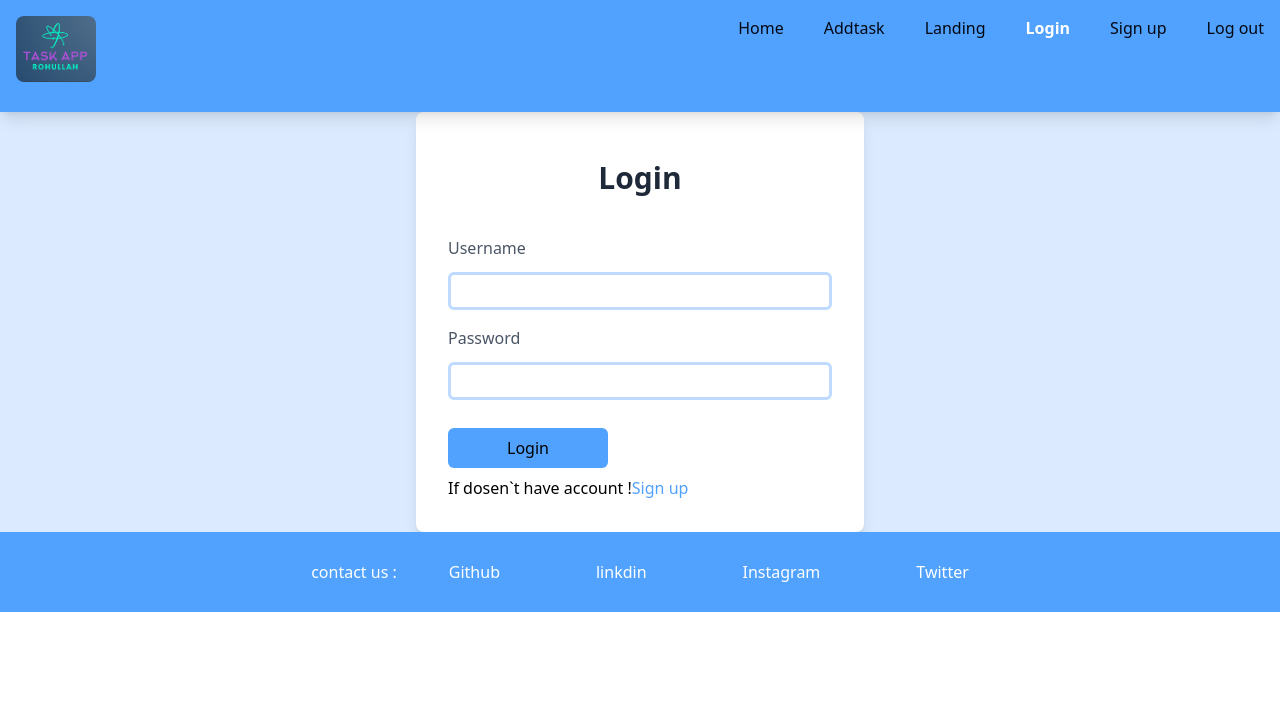
Repository: Rohullah-Noori/TaskApp
Page: /
The author's editor kept a copy of each file at every save. The page is drawn from the files as they stood at one save, then again after the next save.
The browser window is 1280 px wide. The pictures show the whole page.
The project was rebuilt for these pictures with package versions that can differ from the ones it lists, and the page was loaded fresh each time. Also part of the build but not shown: vite.config.js, src/components/Loader.jsx, src/pages/Landing.jsx, src/pages/Home.jsx, src/pages/Signup.jsx, src/pages/Addtask.jsx, src/pages/Edittask.jsx, src/pages/Errorpage.jsx and 1 more.

Above is the page before, as saved 2025-03-01 12:31:42.

### src/index.css
@import "tailwindcss";

.input {
  @apply border-3 border-blue-200 focus:outline-blue-500 w-full rounded-md p-1;
}

.containerForm {
  @apply flex items-center justify-center h-[90%] bg-blue-100 flex-grow overflow-y-auto;
}
.parentContainerForm {
  @apply w-full max-w-md bg-white p-8 rounded-lg shadow-lg;
}

.heading {
  @apply text-xl sm:text-2xl md:text-3xl font-bold mb-6 text-gray-800 text-center p-1 md:p-4;
}

.taskContainer {
  @apply bg-blue-100 lg:h-full min-h-107 justify-center flex;
}
.taskinnerContainer {
  @apply mt-10 text-center h-[90%]  shadow-lg bg-amber-50  rounded-xl p-10  max-w-md w-full;
}

.btndesign {
  @apply mt-3 cursor-pointer rounded-md py-2 mb-2 w-[50%] text-wrap sm:w-40 bg-blue-400  hover:bg-blue-500 hover:text-white;
}

### src/App.jsx
import { TasksProvider } from "./components/TaskContext";
import { BrowserRouter as Router, Routes, Route } from "react-router-dom";
import PrivateRoute from "./components/PrivateRoute";
import { AuthProvider } from "./components/PrivateContext";
import Landing from "./pages/Landing";
import Home from "./pages/Home";
import Login from "./pages/Login";
import Signup from "./pages/Signup";
import Addtask from "./pages/Addtask";
import Edittask from "./pages/Edittask";
import Errorpage from "./pages/Errorpage";
import Logout from "./pages/Logout";

function App() {
  return (
    <>
      <Router>
        <AuthProvider>
          <TasksProvider>
            <Routes>
              <Route path="/" element={<PrivateRoute />}>
                <Route index element={<Landing />} />
                <Route path="/addtask" element={<Addtask />} />
                <Route path="/home" element={<Home />} />
                <Route path="/edit-task/:taskId" element={<Edittask />} />
              </Route>

              <Route path="/login" element={<Login />} />

              <Route path="/signup" element={<Signup />} />
              <Route path="/logout" element={<Logout />} />

              <Route path="/*" element={<Errorpage />} />
            </Routes>
          </TasksProvider>
        </AuthProvider>
      </Router>
    </>
  );
}

export default App;

### src/components/TaskContext.jsx
import { createContext, useContext, useState } from "react";

const TaskContext = createContext();
export const TasksProvider = ({ children }) => {
  const [tasks, setTasks] = useState([]);
  const [loading, setIsloading] = useState(false);
  const addtask = (newtask) => {
    setTasks((prevtask) => [...prevtask, newtask]);
  };

  const updateTask = (taskId, taskdata) => {
    setTasks((prevtask) =>
      prevtask.map((task) =>
        task.id === Number(taskId)
          ? {
              ...task,
              title: taskdata.title,
              startTime: taskdata.startTime,
              endTime: taskdata.endTime,
            }
          : task
      )
    );
  };

  return (
    <TaskContext.Provider
      value={{
        tasks,
        addtask,
        setTasks,
        loading,
        setIsloading,
        updateTask,
      }}
    >
      {children}
    </TaskContext.Provider>
  );
};

export const useTasks = () => useContext(TaskContext);

### src/components/PrivateRoute.jsx
import { Navigate, Outlet } from "react-router-dom";
import { useAuth } from "./PrivateContext";

// function PrivateRoute({ element, ...res }) {
//   const { islogin } = useAuth();
//   return islogin ? (
//     <Route {...res} element={element} />
//   ) : (
//     <Navigate to="/login" />
//   );
// }

// function PrivateRoute({ element, ...res }) {
//   const { islogin } = useAuth();
//   return (
//     <Route {...res} element={islogin ? element : <Navigate to="/login" />} />
//   );
// }

// export default PrivateRoute;

export default function PrivateRoute() {
  const { islogin } = useAuth();
  return islogin ? <Outlet /> : <Navigate to="/login" />;
}

### src/components/PrivateContext.jsx
import { createContext, useContext, useEffect, useState } from "react";
import { useNavigate } from "react-router-dom";

const AuthContext = createContext();
export const AuthProvider = ({ children }) => {
  const [islogin, setIslogin] = useState(() => {
    return localStorage.getItem("islogin") === "true" ? true : false;
  });
  const navigate = useNavigate();

  useEffect(
    function () {
      localStorage.setItem("islogin", JSON.stringify(islogin));
    },

    [islogin]
  );

  const login = () => {
    setIslogin(true);
    navigate("/");
  };

  const logout = () => {
    setIslogin(false);
    navigate("/login");
  };

  return (
    <AuthContext.Provider value={{ login, logout, islogin }}>
      {children}
    </AuthContext.Provider>
  );
};

export const useAuth = () => useContext(AuthContext);

### src/pages/Login.jsx
import Navbar from "../components/Navbar";
import { useState } from "react";
import { Link, useNavigate } from "react-router-dom";
import Loader from "../components/Loader";
import Button from "../components/Button";
import { useAuth } from "../components/PrivateContext";
import Footer from "../components/Footer";

function Login() {
  const [message, setMessage] = useState("");
  const [loading, setIsloading] = useState(false);
  const [password, setPassword] = useState("");
  const [username, setUsername] = useState("");
  const { login } = useAuth();
  const validusername = "Rohullah";
  const validpassword = "Rohullah";

  // const navigate = useNavigate();

  function handlesubmit(e) {
    e.preventDefault();
    setIsloading(true);
    setMessage("");
    if (username === validusername && password === validpassword) {
      setTimeout(() => {
        setIsloading(false);
        setMessage("login successfully");
        // setTimeout(() => {
        //   navigate("/");
        // }, 500);
        login();
      }, 1000);
    } else {
      setMessage("Invalid Usrename or Password");
      setIsloading(false);
    }
  }
  return (
    <>
      <Navbar />
      <div className="containerForm">
        <div className="parentContainerForm ">
          <h2 className="heading">Login</h2>
          {loading && <Loader />}
          {message && (
            <div
              className={`${
                message === "login successfully"
                  ? "bg-green-100 text-green-700 border-green-500"
                  : "bg-red-100 text-red-700 border-red-500"
              }`}
            >
              {message}
            </div>
          )}

          <form action="" onSubmit={handlesubmit} className="space-y-4">
            <div className=" space-y-3  ">
              <label
                htmlFor="username"
                className="block text-md font-md text-gray-600"
              >
                Username
              </label>

              <input
                type="text"
                id="username"
                value={username}
                onChange={(e) => setUsername(e.target.value)}
                className="input"
              />
            </div>

            <div className=" space-y-3 ">
              <label
                htmlFor="password"
                className="block text-md font-md text-gray-600"
              >
                Password
              </label>
              <input
                type="password"
                id="password"
                value={password}
                onChange={(e) => setPassword(e.target.value)}
                className="input"
              />
            </div>
            <div className="flex">
              <Button type="submit">Login</Button>
            </div>
          </form>

          <div>
            <h3>
              If dosen`t have account !
              <Link
                to={"/signup"}
                className=" text-blue-400 hover:text-blue-600"
              >
                Sign up
              </Link>
            </h3>
          </div>
        </div>
      </div>
      <Footer />
    </>
  );
}

export default Login;

### src/components/Button.jsx
function Button({ children, onClick, disabled }) {
  return (
    <button onClick={onClick} disabled={disabled} className="btndesign">
      {children}
    </button>
  );
}

export default Button;

### src/components/Navbar.jsx
import { Link, useLocation } from "react-router-dom";
import { useState } from "react";
function Navbar() {
  const location = useLocation();
  const [Open, setIsOpen] = useState(false);

  function Toggle() {
    setIsOpen(!Open);
  }

  return (
    <nav className="bg-blue-400  flex shadow-lg p-4  justify-between    sticky top-0 z-10 ">
      <div className="size-20  ">
        <img src="../src/assets/logo/Capture.PNG" className="rounded-lg" />
      </div>
      <div className="lg:hidden">
        <button className="text-white" onClick={Toggle}>
          <svg
            xmlns="http://www.w3.org/2000/svg"
            fill="none"
            viewBox="0 0 24 24"
            stroke="currentColor"
            className="h-6 w-6"
          >
            <path
              strokeLinecap="round"
              strokeLinejoin="round"
              strokeWidth="2"
              d="M4 6h16M4 12h16M4 18h16"
            />
          </svg>
        </button>
      </div>
      <ul className=" hidden lg:flex space-x-10">
        {[
          {
            path: "/home",
            label: "Home",
          },
          {
            path: "/addtask",
            label: "Addtask",
          },
          {
            path: "/",
            label: "Landing",
          },
          {
            path: "/login",
            label: "Login",
          },

          {
            path: "/signup",
            label: "Sign up",
          },
          {
            path: "/logout",
            label: "Log out",
          },
        ].map((item) => (
          <li key={item.path}>
            <Link
              to={item.path}
              className={`hover:text-amber-50 active:text-amber-50 ${
                location.pathname === item.path
                  ? "text-white font-bold"
                  : "text-gray-950"
              }`}
            >
              {item.label}
            </Link>
          </li>
        ))}
      </ul>
      <div
        className={`${
          Open ? "block" : "hidden"
        } absolute w-full top-24 flex flex-col justify-center items-start pl-6  text-center left-0 bg-blue-400 text-white text-center py-4`}
      >
        {[
          {
            path: "/home",
            label: "Home",
          },
          {
            path: "/addtask",
            label: "Addtask",
          },
          {
            path: "/",
            label: "Landing",
          },
          {
            path: "/login",
            label: "Login",
          },

          {
            path: "/signup",
            label: "Sign up",
          },
          {
            path: "/edittask",
            label: "Edit",
          },
        ].map((item) => (
          <Link
            key={item.path}
            to={item.path}
            className={`hover:text-amber-50 active:text-amber-50 ${
              location.pathname === item.path
                ? "text-white font-bold"
                : "text-gray-950"
            }`}
          >
            {item.label}
          </Link>
        ))}
      </div>
    </nav>
  );
}

export default Navbar;

### src/components/Footer.jsx
function Footer() {
  return (
    // <div className=" w- md:w-full ">

    // </div>
    <div className="bg-blue-400 w-screen   md:w-full min-h-20 pt-2 pb-2 flex flex-wrap    justify-center  space-x-5 lg:space-x-13 text-white items-center">
      <div>
        <h1>contact us :</h1>
      </div>
      <div className="flex flex-wrap md:flex-row space-x-10 md:space-x-24 cursor-pointer justify-center">
        <span>Github</span>
        <span>linkdin</span>
        <span>Instagram</span>
        <span>Twitter</span>
      </div>
    </div>
  );
}

export default Footer;

Loaded but not shown: index.html (common file); src/main.jsx (common file)

After the next save:
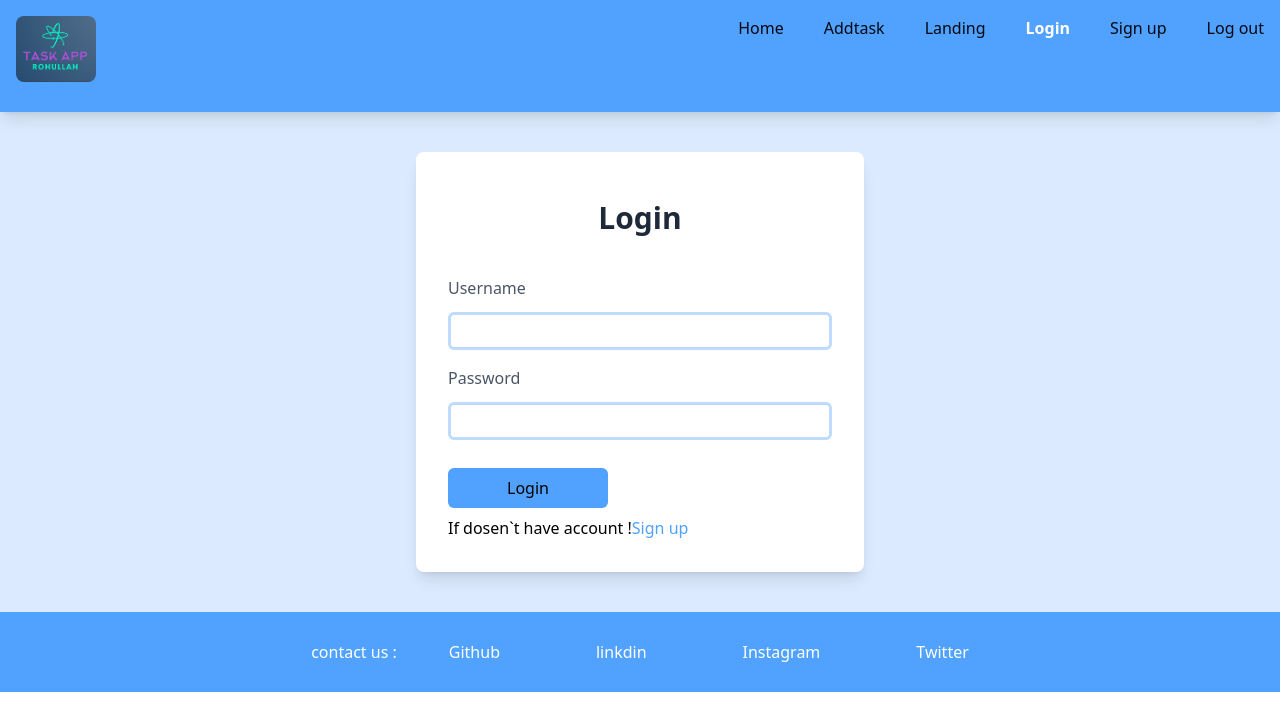
Saved 7 s later.
--- a/src/index.css
+++ b/src/index.css
@@ -5,7 +5,7 @@
 }
 
 .containerForm {
-  @apply flex items-center justify-center h-[90%] bg-blue-100 flex-grow overflow-y-auto;
+  @apply flex items-center justify-center p-10 h-[90%] bg-blue-100 flex-grow overflow-y-auto;
 }
 .parentContainerForm {
   @apply w-full max-w-md bg-white p-8 rounded-lg shadow-lg;
